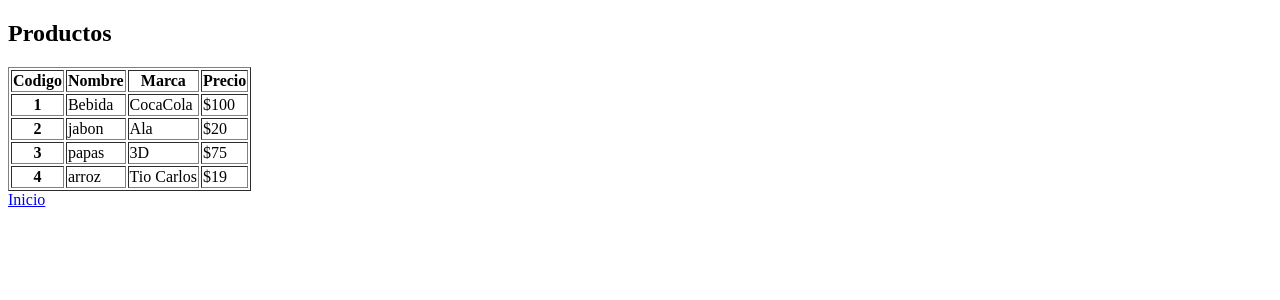
Repository: Alemartinez97/New-Repository
Page: programacion-3/tp3/producto.html
The author's editor kept a copy of each file at every save. The page is drawn from the files as they stood at one save, then again after the next save.
The browser window is 1280 px wide. The pictures show the whole page.

Above is the page before, as saved 2020-06-04 18:00:34.

### programacion-3/tp3/producto.html
<!DOCTYPE html>
<html lang="en">
<head>
    <meta charset="UTF-8">
    <meta name="viewport" content="width=device-width, initial-scale=1.0">
    <title>Document</title>
</head>
<body>
    <table border="1">
        <h2>Productos</h2>
        <tbody>
          <tr>
            <th>Codigo</th>
            <th>Nombre</th>
            <th>Marca</th>
            <th>Precio</th>
          </tr>
          <tr>
            <th>1</th>
            <td>Bebida</td>
            <td>CocaCola</td>
            <td>$100</td>
          </tr>
          <tr>
            <th>2</th>
            <td>jabon</td>
            <td>Ala</td>
            <td>$20</td>
          </tr>
          <tr>
            <th>3</th>
            <td>papas</td>
            <td>3D</td>
            <td>$75</td>
          </tr>
          <tr>
            <th>4</th>
            <td>arroz</td>
            <td>Tio Carlos</td>
            <td>$19</td>
          </tr>
        </tbody>
      </table>
      <a href="inicio.html">Inicio</a>
</body>
</html>

After the next save:
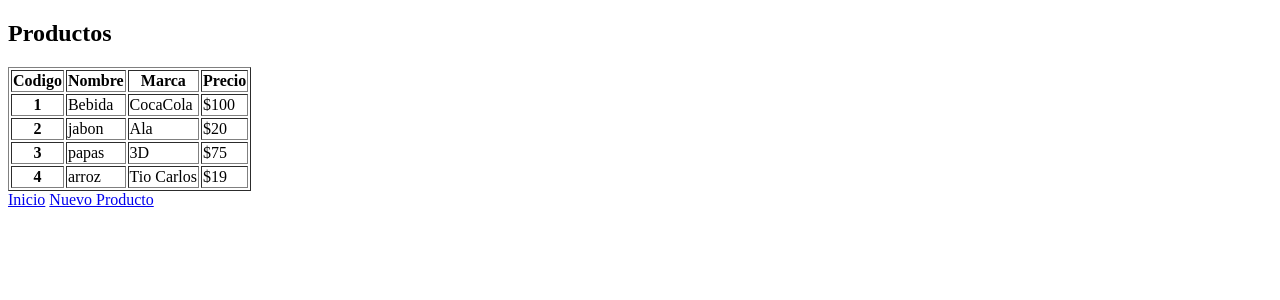
Saved 76 s later.
--- a/programacion-3/tp3/producto.html
+++ b/programacion-3/tp3/producto.html
@@ -42,5 +42,6 @@
         </tbody>
       </table>
       <a href="inicio.html">Inicio</a>
+      <a href="formProducto.html">Nuevo Producto</a>
 </body>
 </html>
